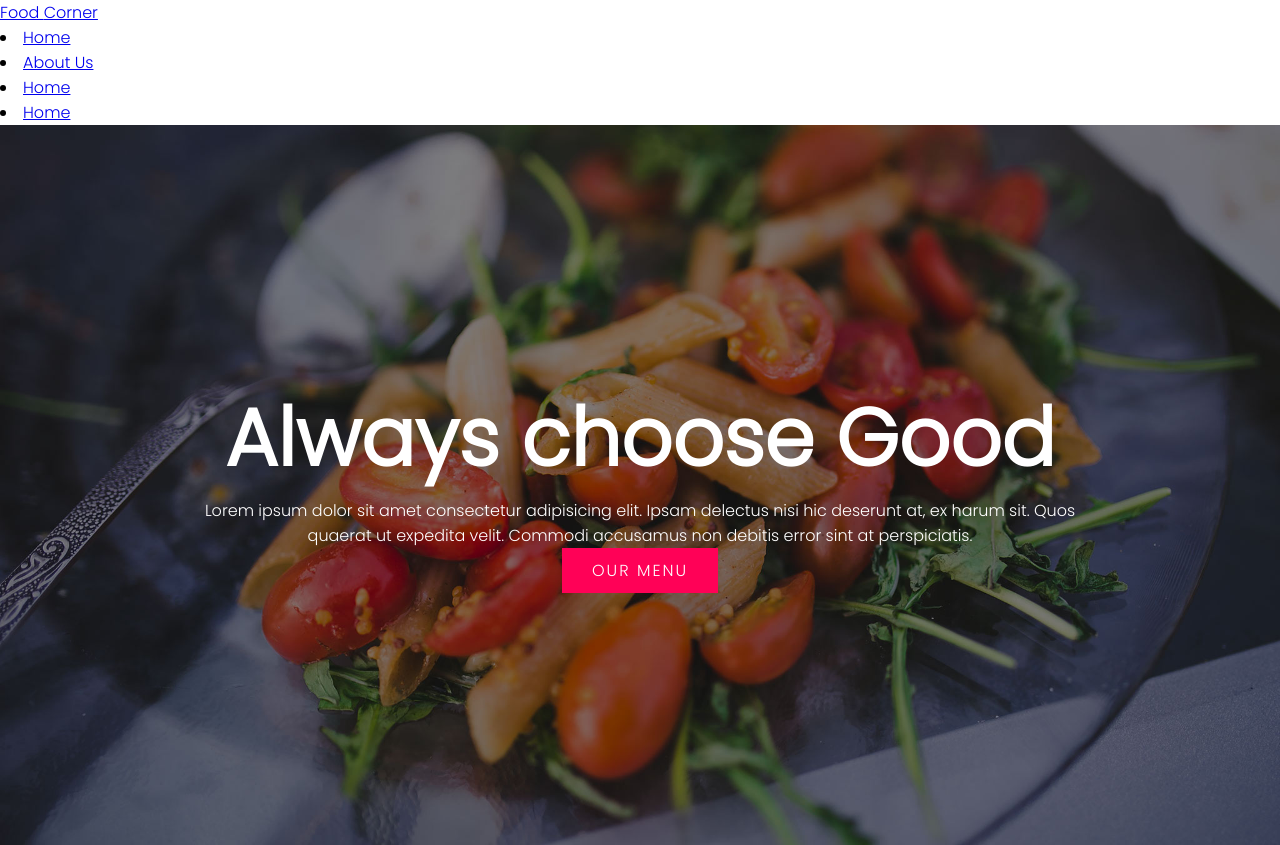
Repository: Adriandias1997/MobileFriendly_FoodWebsite
Page: index.html
An editor plug-in stored every save of this project. The page is shown before and after the next save, followed by the edit.
The browser window is 1280 px wide. The pictures show the whole page.

Above is the page before, as saved 2020-10-16 10:48:48.

After the next save:
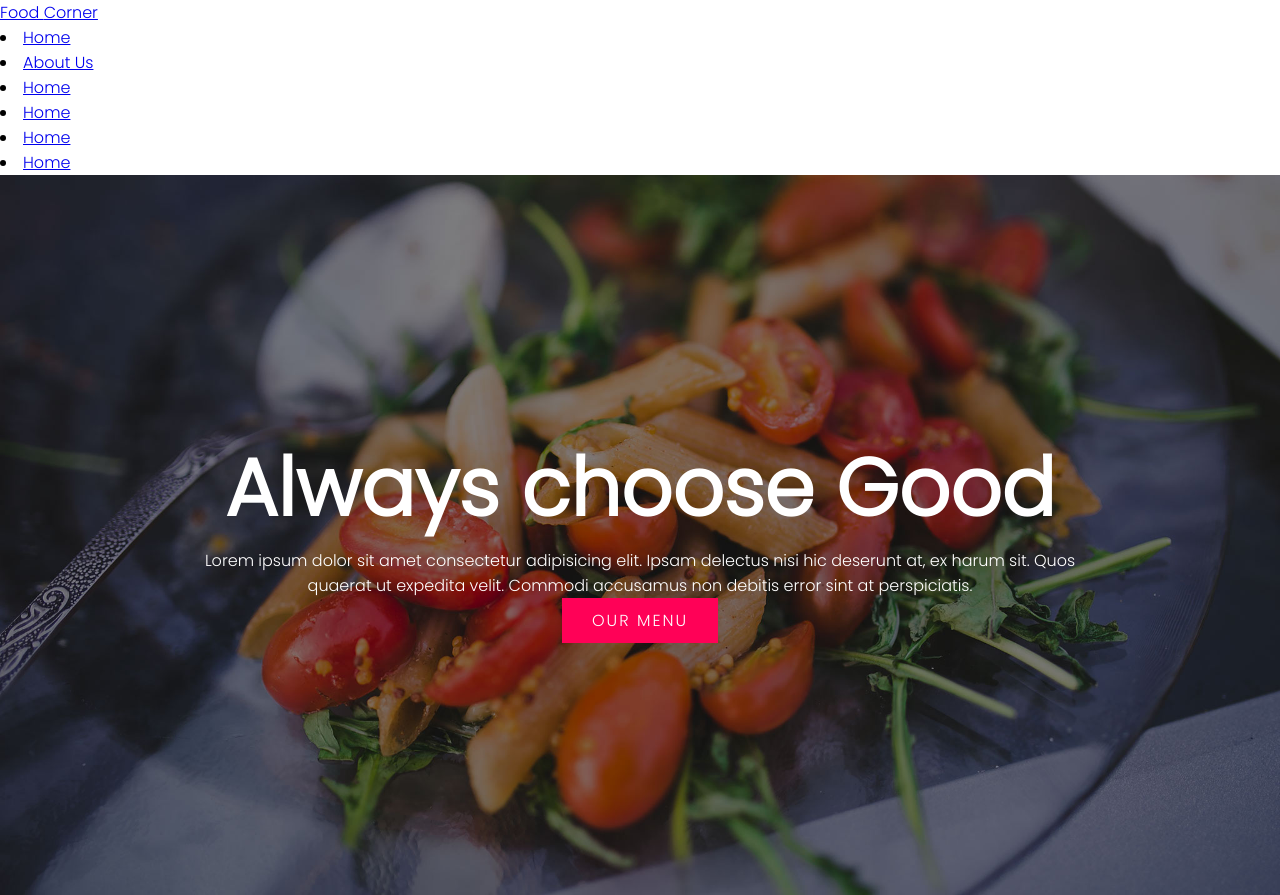
Saved 11 s later.
--- a/index.html
+++ b/index.html
@@ -16,6 +16,9 @@
         <li><a href="#about">About Us</a></li>
         <li><a href="#">Home</a></li>
         <li><a href="#">Home</a></li>
+        <li><a href="#">Home</a></li>
+        <li><a href="#">Home</a></li>
+
 
     </header>
     <section class="banner" id="banner">
